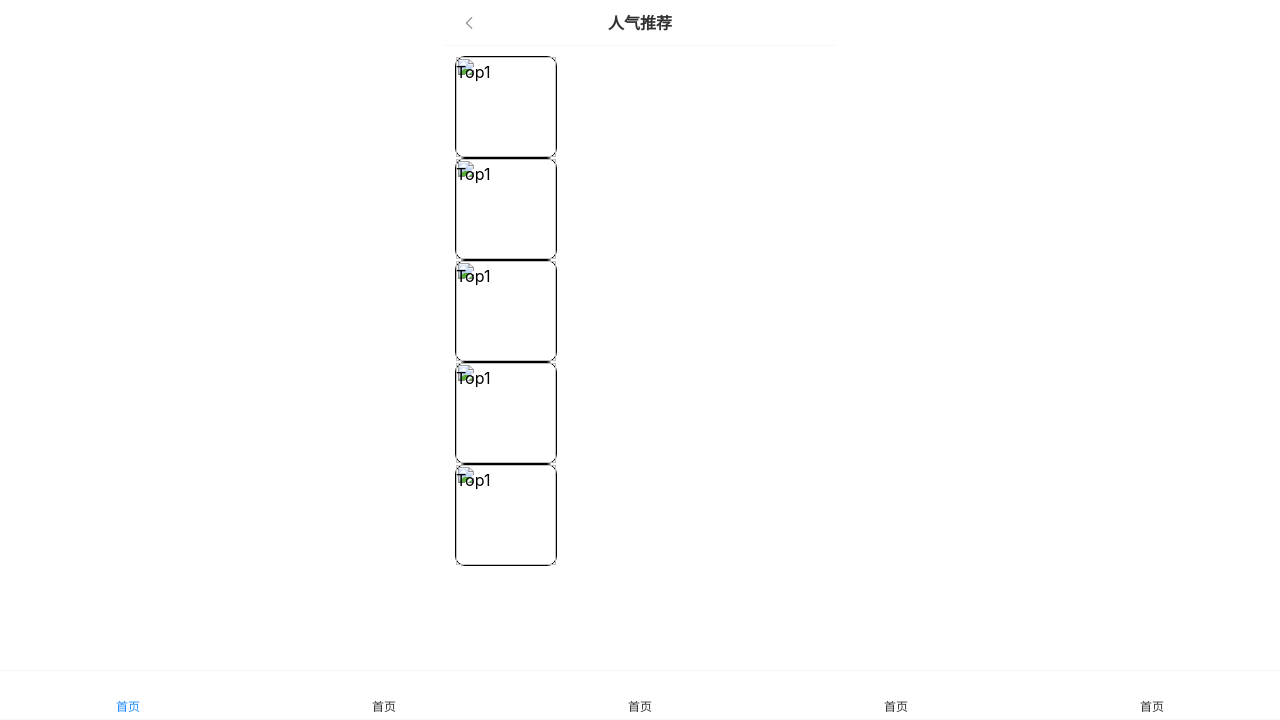
Repository: LXRL/eshop
Page: /#/homePopularity
An editor plug-in stored every save of this project. The page is shown before and after a run of saves, followed by the edit.
The browser window is 1280 px wide. The pictures show the whole page.
The project was rebuilt for these pictures with package versions that can differ from the ones it lists, and the page was loaded fresh each time. Also part of the build but not shown: vue.config.js, src/components/homeGridDetails.vue.

Above is the page before, as saved 2024-12-11 22:35:57.

### src/main.js
import { createApp } from 'vue'
import App from './App.vue'
import router from "./router/indes"
import './assets/css/index.css'

createApp(App).use(router).mount('#app')

### src/components/footer.vue
<template>
    <div class="footer">
        <van-tabbar v-model="active">
            <template v-for="(item, index) in 5">
                <van-tabbar-item to="/home">
                    <span>首页</span>
                    <template #icon>
                        <img src="" alt="">
                    </template>
                </van-tabbar-item>
            </template>
        </van-tabbar>

    </div>
</template>

<script setup>
import { ref } from 'vue'
const active = ref(0);

</script>

<style lang="less" scoped></style>

### src/App.vue
<template>
    <div class="Vue">
        <router-view></router-view>
        <Footer></Footer>
    </div>
</template>

<script setup>
import { ref } from 'vue'
import Footer from './components/footer.vue';

</script>

<style lang="less" scoped>
Footer {
    position: fixed;
    bottom: 0;
    left: 0;
}
</style>

### src/router/indes.js
import { createRouter, createWebHashHistory } from "vue-router";
const router = createRouter({
    history: createWebHashHistory(),
    routes: [
        {
            path: '/',
            redirect: '/home'
        },
        {
            path: '/home',
            component: () => import("../views/home/home.vue")
        },
        {
            path: '/homeWeekly',
            component: () => import('../views/home/homeWeekly.vue')
        },
        {
            path: '/homePopularity',
            component: () => import('../views/home/homePopularity.vue')
        },
        {
            path: '/sort',
            component: () => import("../views/sort/sort.vue")
        },
        {
            path: '/message',
            component: () => import("../views/message/message.vue")
        },
        {
            path: '/shopping',
            component: () => import("../views/shopping/shopping.vue")
        },
        {
            path: '/me',
            component: () => import("../views/me/me.vue")
        },
    ]
})
export default router

### src/views/home/homePopularity.vue
<template>
    <div class="homePopularity">
        <van-nav-bar title="人气推荐" left-arrow @click-left="onClickLeft" />
        <div class="box">
            <template v-for="(item, index) in 5">
                <div class="info">
                    <div class="left">
                        <div class="icon">Top1</div>
                        <img src="" alt="">
                    </div>
                    <div class="right">
                        <h4></h4>
                        <p></p>
                        <p class="price"></p>
                    </div>
                </div>
            </template>
        </div>
    </div>
</template>

<script setup>
import { ref } from 'vue'
</script>

<style lang="less" scoped>
.box {
    padding: 10px;

    .info {
        display: flex;

        .left {
            width: 100px;
            height: 100px;
            border: 1px solid black;
            border-radius: 10px;
            position: relative;

            .icon {
                position: absolute;
                top: 5px;
                left: 0;
            }

            img {
                width: 100%;
                height: 100%;
            }
        }

        .right {
            flex: 1;
        }
    }
}
</style>

### src/assets/css/reset.css
* {
    padding: 0;
    margin: 0;
}

ul {
    list-style: none;
}

a {
    color: black;
    text-decoration: none;
}

body {
    width: 390px;
    margin: 0 auto;

}

:root {
    --van-nav-bar-icon-color: #969799 !important;
}

Loaded but not shown: public/index.html (common file); src/assets/css/index.css (common file)

After the next 3 saves:
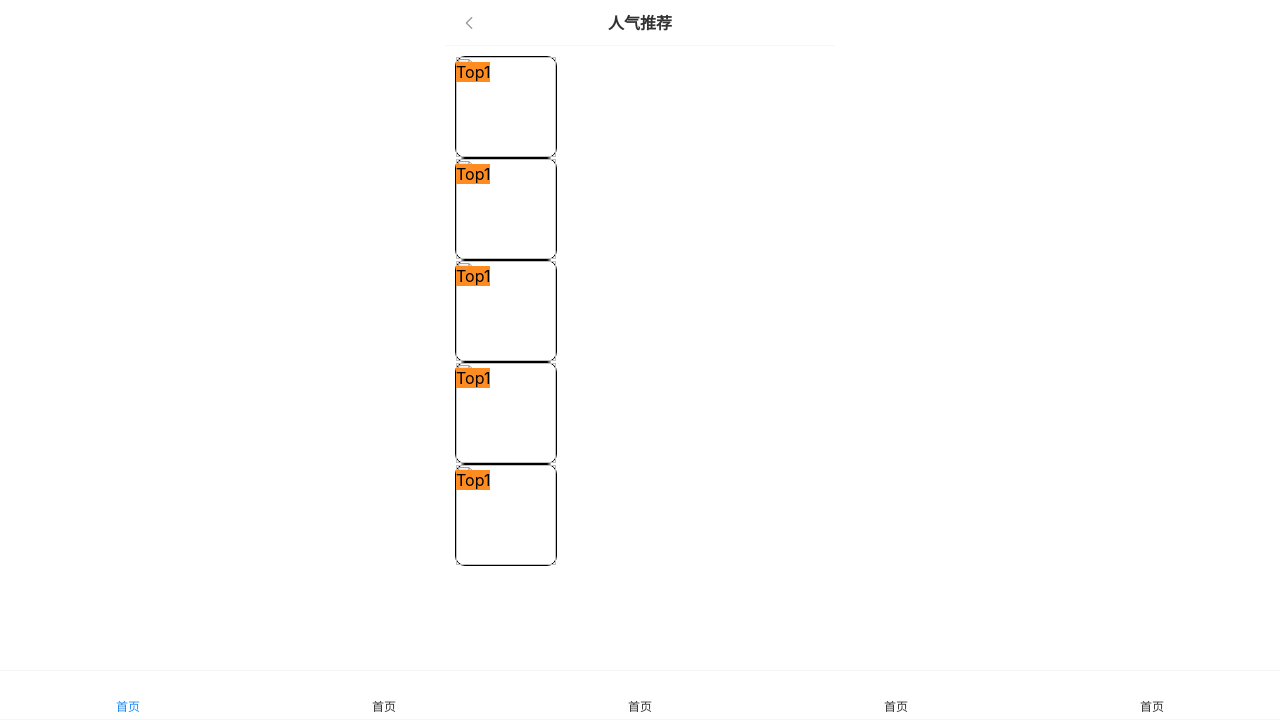
The 3 saves are shown as one change because they came seconds apart.
The last was saved 11 s later.
--- a/src/views/home/homePopularity.vue
+++ b/src/views/home/homePopularity.vue
@@ -41,6 +41,7 @@ import { ref } from 'vue'
                 position: absolute;
                 top: 5px;
                 left: 0;
+                background-color: #FF8C20;
             }
 
             img {
